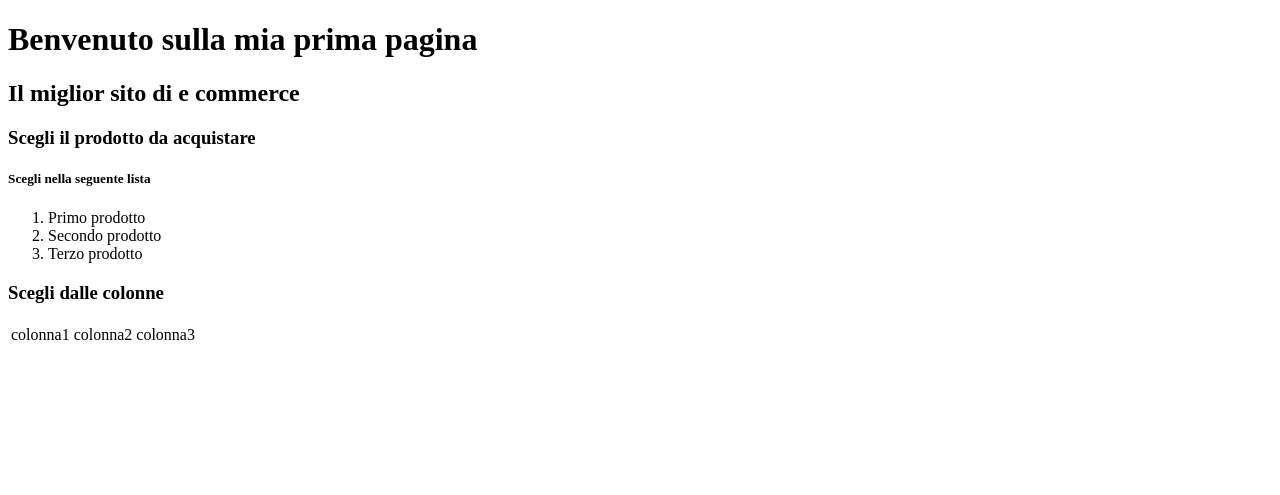
Repository: AndreaGuastaferro/Repository_Andrea_Guastaferro_Front
Page: cartella_html/NUOVO_HTML/NewFile.html
These files come from the project's save history. The page is drawn as it stood at one moment and after the next save; the edit follows.
The browser window is 1280 px wide. The pictures show the whole page.

Above is the page before, as saved 2018-10-22 08:31:32.

After the next save:
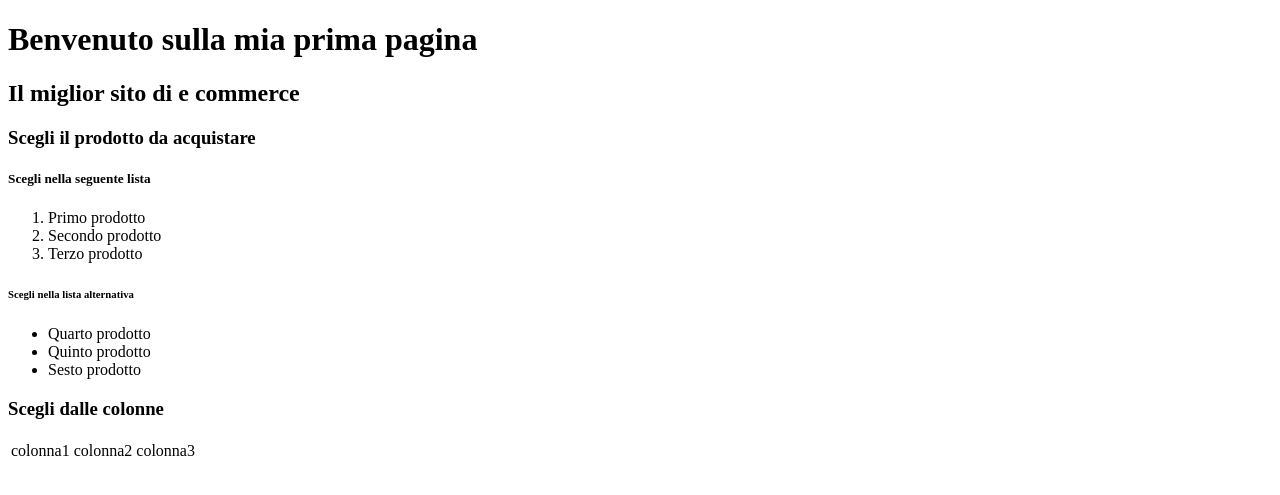
Saved 100 s later.
--- a/cartella_html/NUOVO_HTML/NewFile.html
+++ b/cartella_html/NUOVO_HTML/NewFile.html
@@ -16,6 +16,13 @@
 		<li> Terzo prodotto </li>
 	</ol>
 
+	<h6>Scegli nella lista alternativa</h6>
+	<ul>
+		<li> Quarto prodotto</li>
+		<li> Quinto prodotto</li>
+		<li> Sesto prodotto</li>
+
+	</ul>
 
 	<h3> Scegli dalle colonne</h3>
 
